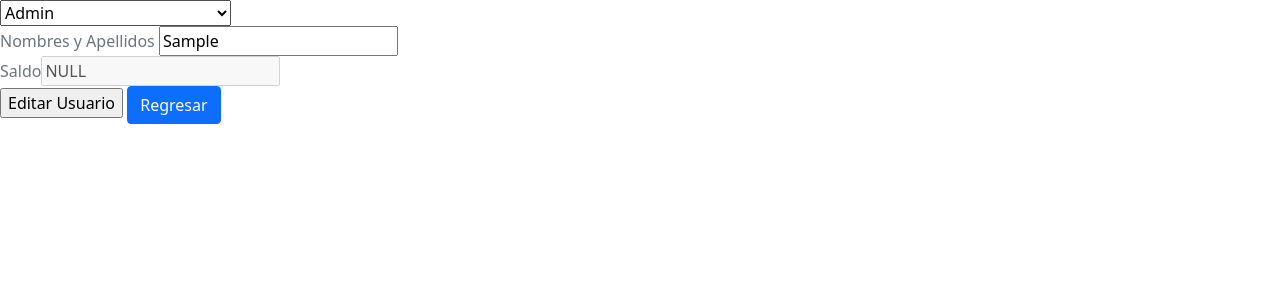
Repository: Gimblet/LP1_Proyecto_Yape
Page: http://localhost/Yape/nuevoUsuario.jsp
An editor plug-in stored every save of this project. The page is shown before and after the next save, followed by the edit.
The browser window is 1280 px wide. The pictures show the whole page.
Empty fields were first filled with sample values (such as "Sample", 5 or name@example.com).
After loading, the first visible `select` was changed once.
The page is served by Tomcat 9. Other server files are loaded and not shown.

Above is the page before, as saved 2024-04-25 18:38:32.

### Yape/src/main/webapp/nuevoUsuario.jsp
<%@ page language="java" contentType="text/html; charset=ISO-8859-1"
    pageEncoding="ISO-8859-1"%>
<!DOCTYPE html>
<html>
<head>
	<meta charset="ISO-8859-1">
	<link href="https://cdn.jsdelivr.net/npm/bootstrap@5.1.3/dist/css/bootstrap.min.css" rel="stylesheet">
	<style>
	</style>
	<title>Editar Yape</title>
</head>
<body>
	<form action="Servlet" method="post">
		<div class="form-group">
			<select name="cboTipoUsuario" onchange="updateSaldo()">
				<option>Seleccionar Tipo de Usuario</option>
				<option>Admin</option>
				<option>Cliente</option>
			</select>
		</div>
		<div class="form-group">
			<label class="text-secondary">Nombres y Apellidos</label>
			<input type="text" name="txtNombreApe">
		</div>
		<div class="form-group" id="saldoField">
			<label class="text-secondary">Saldo</label>
			<input name="txtSaldo" type="text" disabled>
		</div>

		<input type="submit" name="type" value="Editar Usuario" >
		<a href="Servlet?type=Volver" class="btn btn-primary">Regresar</a>

		<script>
    	function updateSaldo() {
        	var selectedOption = document.getElementsByName("cboTipoUsuario")[0].value;
        	var saldoField = document.getElementById("saldoField");

        	if(selectedOption === "Seleccionar Tipo de Usuario"){
            	saldoField.innerHTML = '<label class="text-secondary">Saldo</label><br><input name="txtSaldo" type="text" disabled>';
        	}
        	else if (selectedOption === "Admin") {
            	saldoField.innerHTML = '<label class="text-secondary">Saldo</label><input name="txtSaldo" type="text" value="NULL" disabled>';
        	} else {
            	saldoField.innerHTML = '<label class="text-secondary">Saldo</label><input name="txtSaldo" type="text" value="cliente">';
        	}
    	}
</script>
	</form>

</body>
</html>

After the next save:
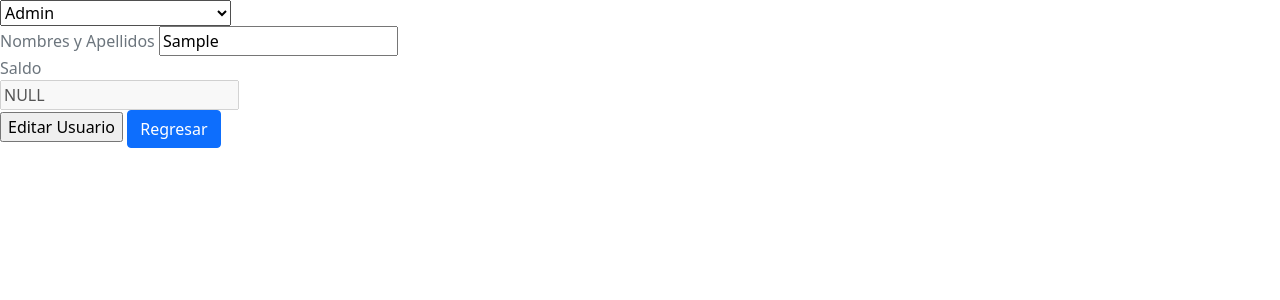
Saved 9 s later.
--- a/Yape/src/main/webapp/nuevoUsuario.jsp
+++ b/Yape/src/main/webapp/nuevoUsuario.jsp
@@ -39,9 +39,9 @@
             	saldoField.innerHTML = '<label class="text-secondary">Saldo</label><br><input name="txtSaldo" type="text" disabled>';
         	}
         	else if (selectedOption === "Admin") {
-            	saldoField.innerHTML = '<label class="text-secondary">Saldo</label><input name="txtSaldo" type="text" value="NULL" disabled>';
+            	saldoField.innerHTML = '<label class="text-secondary">Saldo</label><br><input name="txtSaldo" type="text" value="NULL" disabled>';
         	} else {
-            	saldoField.innerHTML = '<label class="text-secondary">Saldo</label><input name="txtSaldo" type="text" value="cliente">';
+            	saldoField.innerHTML = '<label class="text-secondary">Saldo</label><br><input name="txtSaldo" type="text" value="cliente">';
         	}
     	}
 </script>
